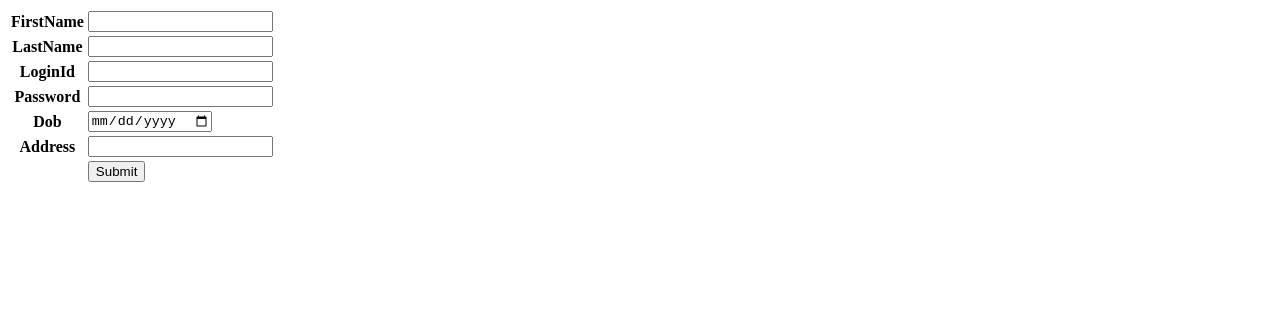
Repository: rish1208/Advance_java
Page: http://localhost/Use-case/UserView.jsp
An editor plug-in stored every save of this project. The page is shown before and after the next save, followed by the edit.
The browser window is 1280 px wide. The pictures show the whole page.
The page is served by Tomcat 9. Other server files are loaded and not shown.

Above is the page before, as saved 2024-04-07 06:43:49.

### Advance java Workspace/Use-case/WebContent/UserView.jsp
<%@ page language="java" contentType="text/html; charset=ISO-8859-1"
    pageEncoding="ISO-8859-1"%>
<!DOCTYPE html>
<html>
<head>
<meta charset="ISO-8859-1">
<title>Insert title here</title>
</head>
<body>
<form action="UserCtl" method= "post"></form>
<table>

<tr>
<th>FirstName</th>
<td><input type="text" name="firstName"></td>
</tr>

<tr>
<th>LastName</th>
<td><input type="text" name="lastName"></td>
</tr>

<tr>
<th>LoginId</th>
<td><input type="text" name="loginId"></td>
</tr>

<tr>
<th>Password</th>
<td><input type="text" name="password"></td>
</tr>

<tr>
<th>Dob</th>
<td><input type="Date" name="dob"></td>
</tr>

<tr>
<th>Address</th>
<td><input type="text" name="address"></td>
</tr>

<tr>
<th></th>
<td><input type="submit"></td>
</tr>
</table>
</body>
</html>

### Advance java Workspace/Use-case/WebContent/Header.jsp
<%@ page language="java" contentType="text/html; charset=ISO-8859-1"
    pageEncoding="ISO-8859-1"%>
<!DOCTYPE html>
<html>
<head>
<meta charset="ISO-8859-1">
<title>Insert title here</title>
</head>
<body>
<h3>Hi   guest</h3>
<a href = "UserCtl">AddUser</a>|
<a href = "#">UserList</a>
<hr>
</body>
</html>

After the next save:
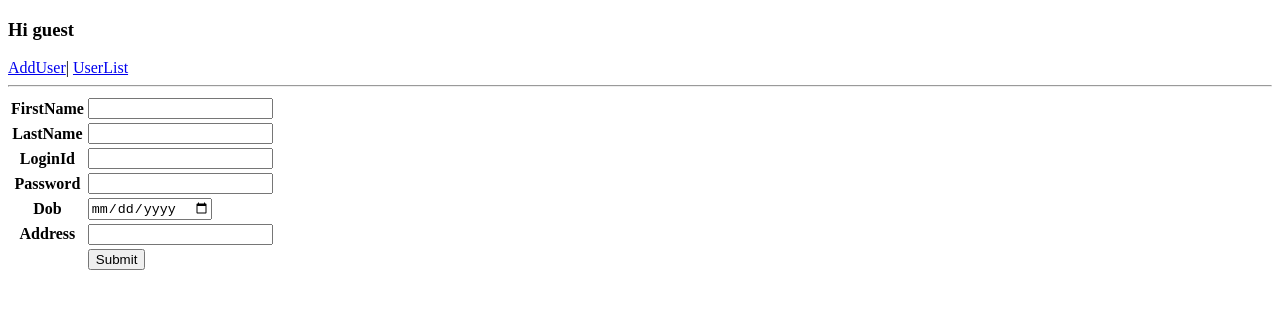
Saved 42 s later.
--- a/Advance java Workspace/Use-case/WebContent/UserView.jsp
+++ b/Advance java Workspace/Use-case/WebContent/UserView.jsp
@@ -7,6 +7,7 @@
 <title>Insert title here</title>
 </head>
 <body>
+<%@include file="Header.jsp" %>
 <form action="UserCtl" method= "post"></form>
 <table>
 
